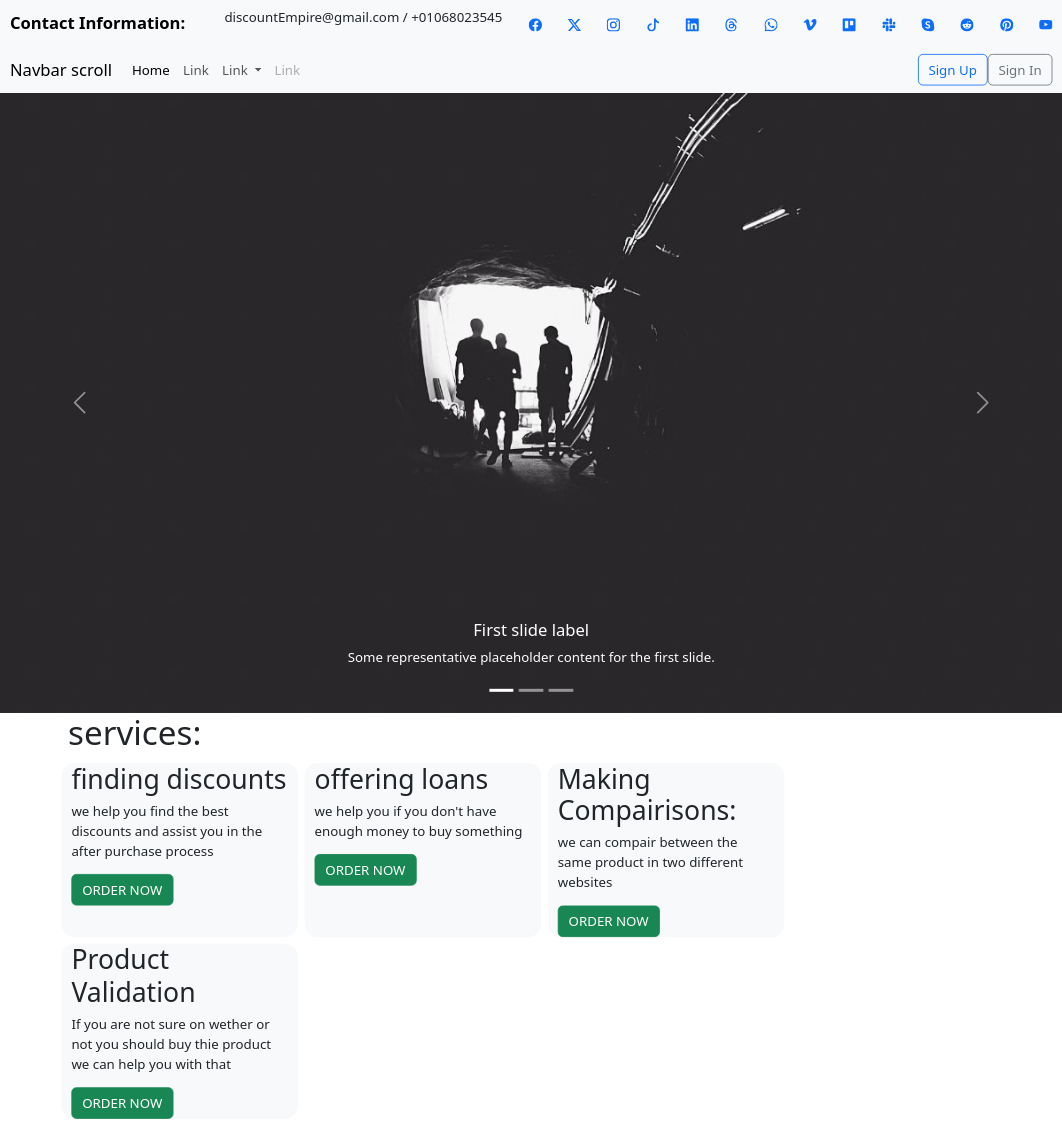
Repository: HaziimYassien/The-Discount-Empire
Page: index.html
These files come from the project's save history. The page is drawn as it stood at one moment and after the next save; the edit follows.
The browser window is 1280 px wide. The pictures show the whole page, at 83% of full size.

Above is the page before, as saved 2024-01-24 18:53:34.

### index.html
<!DOCTYPE html>
<html lang="en">
  <head>
    <meta charset="UTF-8" />
    <meta name="viewport" content="width=device-width, initial-scale=1.0" />
<link href="https://cdn.jsdelivr.net/npm/bootstrap@5.3.2/dist/css/bootstrap.min.css" rel="stylesheet" integrity="sha384-T3c6CoIi6uLrA9TneNEoa7RxnatzjcDSCmG1MXxSR1GAsXEV/Dwwykc2MPK8M2HN" crossorigin="anonymous">
<script src="https://cdn.jsdelivr.net/npm/bootstrap@5.3.2/dist/js/bootstrap.bundle.min.js" integrity="sha384-C6RzsynM9kWDrMNeT87bh95OGNyZPhcTNXj1NW7RuBCsyN/o0jlpcV8Qyq46cDfL" crossorigin="anonymous"></script>

    <title>Document</title>
  </head>
  <body>
    <!-- START _SocialMediaBar -->
<nav class="h-auto navbar sticky-top navbar-light bg-light">
  <div class="h-1 container-fluid">
    <strong class="mb-0 navbar-brand" href="#">Contact Information:  </strong>
    <p>discountEmpire@gmail.com / +01068023545</p>
    <a href="#">
 <svg xmlns="http://www.w3.org/2000/svg" width="16" height="16" fill="currentColor" class="bi bi-facebook" viewBox="0 0 16 16">
  <path d="M16 8.049c0-4.446-3.582-8.05-8-8.05C3.58 0-.002 3.603-.002 8.05c0 4.017 2.926 7.347 6.75 7.951v-5.625h-2.03V8.05H6.75V6.275c0-2.017 1.195-3.131 3.022-3.131.876 0 1.791.157 1.791.157v1.98h-1.009c-.993 0-1.303.621-1.303 1.258v1.51h2.218l-.354 2.326H9.25V16c3.824-.604 6.75-3.934 6.75-7.951"/>
</svg>
    </a>

    <a href="#">
<svg xmlns="http://www.w3.org/2000/svg" width="16" height="16" fill="currentColor" class="bi bi-twitter-x" viewBox="0 0 16 16">
  <path d="M12.6.75h2.454l-5.36 6.142L16 15.25h-4.937l-3.867-5.07-4.425 5.07H.316l5.733-6.57L0 .75h5.063l3.495 4.633L12.601.75Zm-.86 13.028h1.36L4.323 2.145H2.865z"/>
</svg>
</a>
<a href="#">
<svg xmlns="http://www.w3.org/2000/svg" width="16" height="16" fill="currentColor" class="bi bi-instagram" viewBox="0 0 16 16">
  <path d="M8 0C5.829 0 5.556.01 4.703.048 3.85.088 3.269.222 2.76.42a3.9 3.9 0 0 0-1.417.923A3.9 3.9 0 0 0 .42 2.76C.222 3.268.087 3.85.048 4.7.01 5.555 0 5.827 0 8.001c0 2.172.01 2.444.048 3.297.04.852.174 1.433.372 1.942.205.526.478.972.923 1.417.444.445.89.719 1.416.923.51.198 1.09.333 1.942.372C5.555 15.99 5.827 16 8 16s2.444-.01 3.298-.048c.851-.04 1.434-.174 1.943-.372a3.9 3.9 0 0 0 1.416-.923c.445-.445.718-.891.923-1.417.197-.509.332-1.09.372-1.942C15.99 10.445 16 10.173 16 8s-.01-2.445-.048-3.299c-.04-.851-.175-1.433-.372-1.941a3.9 3.9 0 0 0-.923-1.417A3.9 3.9 0 0 0 13.24.42c-.51-.198-1.092-.333-1.943-.372C10.443.01 10.172 0 7.998 0zm-.717 1.442h.718c2.136 0 2.389.007 3.232.046.78.035 1.204.166 1.486.275.373.145.64.319.92.599s.453.546.598.92c.11.281.24.705.275 1.485.039.843.047 1.096.047 3.231s-.008 2.389-.047 3.232c-.035.78-.166 1.203-.275 1.485a2.5 2.5 0 0 1-.599.919c-.28.28-.546.453-.92.598-.28.11-.704.24-1.485.276-.843.038-1.096.047-3.232.047s-2.39-.009-3.233-.047c-.78-.036-1.203-.166-1.485-.276a2.5 2.5 0 0 1-.92-.598 2.5 2.5 0 0 1-.6-.92c-.109-.281-.24-.705-.275-1.485-.038-.843-.046-1.096-.046-3.233s.008-2.388.046-3.231c.036-.78.166-1.204.276-1.486.145-.373.319-.64.599-.92s.546-.453.92-.598c.282-.11.705-.24 1.485-.276.738-.034 1.024-.044 2.515-.045zm4.988 1.328a.96.96 0 1 0 0 1.92.96.96 0 0 0 0-1.92m-4.27 1.122a4.109 4.109 0 1 0 0 8.217 4.109 4.109 0 0 0 0-8.217m0 1.441a2.667 2.667 0 1 1 0 5.334 2.667 2.667 0 0 1 0-5.334"/>
</svg>
</a>
<a href="#">
<svg xmlns="http://www.w3.org/2000/svg" width="16" height="16" fill="currentColor" class="bi bi-tiktok" viewBox="0 0 16 16">
  <path d="M9 0h1.98c.144.715.54 1.617 1.235 2.512C12.895 3.389 13.797 4 15 4v2c-1.753 0-3.07-.814-4-1.829V11a5 5 0 1 1-5-5v2a3 3 0 1 0 3 3z"/>
</svg>
</a>
<a href="#">
<svg xmlns="http://www.w3.org/2000/svg" width="16" height="16" fill="currentColor" class="bi bi-linkedin" viewBox="0 0 16 16">
  <path d="M0 1.146C0 .513.526 0 1.175 0h13.65C15.474 0 16 .513 16 1.146v13.708c0 .633-.526 1.146-1.175 1.146H1.175C.526 16 0 15.487 0 14.854zm4.943 12.248V6.169H2.542v7.225zm-1.2-8.212c.837 0 1.358-.554 1.358-1.248-.015-.709-.52-1.248-1.342-1.248S2.4 3.226 2.4 3.934c0 .694.521 1.248 1.327 1.248zm4.908 8.212V9.359c0-.216.016-.432.08-.586.173-.431.568-.878 1.232-.878.869 0 1.216.662 1.216 1.634v3.865h2.401V9.25c0-2.22-1.184-3.252-2.764-3.252-1.274 0-1.845.7-2.165 1.193v.025h-.016l.016-.025V6.169h-2.4c.03.678 0 7.225 0 7.225z"/>
</svg>
</a>
<a href="#">
<svg xmlns="http://www.w3.org/2000/svg" width="16" height="16" fill="currentColor" class="bi bi-threads" viewBox="0 0 16 16">
  <path d="M6.321 6.016c-.27-.18-1.166-.802-1.166-.802.756-1.081 1.753-1.502 3.132-1.502.975 0 1.803.327 2.394.948s.928 1.509 1.005 2.644q.492.207.905.484c1.109.745 1.719 1.86 1.719 3.137 0 2.716-2.226 5.075-6.256 5.075C4.594 16 1 13.987 1 7.994 1 2.034 4.482 0 8.044 0 9.69 0 13.55.243 15 5.036l-1.36.353C12.516 1.974 10.163 1.43 8.006 1.43c-3.565 0-5.582 2.171-5.582 6.79 0 4.143 2.254 6.343 5.63 6.343 2.777 0 4.847-1.443 4.847-3.556 0-1.438-1.208-2.127-1.27-2.127-.236 1.234-.868 3.31-3.644 3.31-1.618 0-3.013-1.118-3.013-2.582 0-2.09 1.984-2.847 3.55-2.847.586 0 1.294.04 1.663.114 0-.637-.54-1.728-1.9-1.728-1.25 0-1.566.405-1.967.868ZM8.716 8.19c-2.04 0-2.304.87-2.304 1.416 0 .878 1.043 1.168 1.6 1.168 1.02 0 2.067-.282 2.232-2.423a6.2 6.2 0 0 0-1.528-.161"/>
</svg>
</a>
<a href="#">
<svg xmlns="http://www.w3.org/2000/svg" width="16" height="16" fill="currentColor" class="bi bi-whatsapp" viewBox="0 0 16 16">
  <path d="M13.601 2.326A7.85 7.85 0 0 0 7.994 0C3.627 0 .068 3.558.064 7.926c0 1.399.366 2.76 1.057 3.965L0 16l4.204-1.102a7.9 7.9 0 0 0 3.79.965h.004c4.368 0 7.926-3.558 7.93-7.93A7.9 7.9 0 0 0 13.6 2.326zM7.994 14.521a6.6 6.6 0 0 1-3.356-.92l-.24-.144-2.494.654.666-2.433-.156-.251a6.56 6.56 0 0 1-1.007-3.505c0-3.626 2.957-6.584 6.591-6.584a6.56 6.56 0 0 1 4.66 1.931 6.56 6.56 0 0 1 1.928 4.66c-.004 3.639-2.961 6.592-6.592 6.592m3.615-4.934c-.197-.099-1.17-.578-1.353-.646-.182-.065-.315-.099-.445.099-.133.197-.513.646-.627.775-.114.133-.232.148-.43.05-.197-.1-.836-.308-1.592-.985-.59-.525-.985-1.175-1.103-1.372-.114-.198-.011-.304.088-.403.087-.088.197-.232.296-.346.1-.114.133-.198.198-.33.065-.134.034-.248-.015-.347-.05-.099-.445-1.076-.612-1.47-.16-.389-.323-.335-.445-.34-.114-.007-.247-.007-.38-.007a.73.73 0 0 0-.529.247c-.182.198-.691.677-.691 1.654s.71 1.916.81 2.049c.098.133 1.394 2.132 3.383 2.992.47.205.84.326 1.129.418.475.152.904.129 1.246.08.38-.058 1.171-.48 1.338-.943.164-.464.164-.86.114-.943-.049-.084-.182-.133-.38-.232"/>
</svg>
</a>
<a href="#">
<svg xmlns="http://www.w3.org/2000/svg" width="16" height="16" fill="currentColor" class="bi bi-vimeo" viewBox="0 0 16 16">
  <path d="M15.992 4.204q-.106 2.334-3.262 6.393-3.263 4.243-5.522 4.243-1.4 0-2.367-2.583L3.55 7.523Q2.83 4.939 2.007 4.94q-.178.001-1.254.754L0 4.724a210 210 0 0 0 2.334-2.081q1.581-1.364 2.373-1.437 1.865-.185 2.298 2.553.466 2.952.646 3.666.54 2.447 1.186 2.445.5 0 1.508-1.587 1.006-1.587 1.077-2.415.144-1.37-1.077-1.37a3 3 0 0 0-1.185.261q1.183-3.86 4.508-3.756 2.466.075 2.324 3.2z"/>
</svg>
</a>
<a href="#">
<svg xmlns="http://www.w3.org/2000/svg" width="16" height="16" fill="currentColor" class="bi bi-trello" viewBox="0 0 16 16">
  <path d="M14.1 0H1.903C.852 0 .002.85 0 1.9v12.19A1.9 1.9 0 0 0 1.902 16h12.199A1.9 1.9 0 0 0 16 14.09V1.9A1.9 1.9 0 0 0 14.1 0M7 11.367a.636.636 0 0 1-.64.633H3.593a.633.633 0 0 1-.63-.633V3.583c0-.348.281-.631.63-.633h2.765c.35.002.632.284.633.633zm6.052-3.5a.633.633 0 0 1-.64.633h-2.78A.636.636 0 0 1 9 7.867V3.583a.636.636 0 0 1 .633-.633h2.778c.35.002.631.285.631.633z"/>
</svg>
</a>
<a href="#">
<svg xmlns="http://www.w3.org/2000/svg" width="16" height="16" fill="currentColor" class="bi bi-slack" viewBox="0 0 16 16">
  <path d="M3.362 10.11c0 .926-.756 1.681-1.681 1.681S0 11.036 0 10.111.756 8.43 1.68 8.43h1.682zm.846 0c0-.924.756-1.68 1.681-1.68s1.681.756 1.681 1.68v4.21c0 .924-.756 1.68-1.68 1.68a1.685 1.685 0 0 1-1.682-1.68zM5.89 3.362c-.926 0-1.682-.756-1.682-1.681S4.964 0 5.89 0s1.68.756 1.68 1.68v1.682zm0 .846c.924 0 1.68.756 1.68 1.681S6.814 7.57 5.89 7.57H1.68C.757 7.57 0 6.814 0 5.89c0-.926.756-1.682 1.68-1.682zm6.749 1.682c0-.926.755-1.682 1.68-1.682S16 4.964 16 5.889s-.756 1.681-1.68 1.681h-1.681zm-.848 0c0 .924-.755 1.68-1.68 1.68A1.685 1.685 0 0 1 8.43 5.89V1.68C8.43.757 9.186 0 10.11 0c.926 0 1.681.756 1.681 1.68zm-1.681 6.748c.926 0 1.682.756 1.682 1.681S11.036 16 10.11 16s-1.681-.756-1.681-1.68v-1.682h1.68zm0-.847c-.924 0-1.68-.755-1.68-1.68s.756-1.681 1.68-1.681h4.21c.924 0 1.68.756 1.68 1.68 0 .926-.756 1.681-1.68 1.681z"/>
</svg>
</a>
<a href="#">
<svg xmlns="http://www.w3.org/2000/svg" width="16" height="16" fill="currentColor" class="bi bi-skype" viewBox="0 0 16 16">
  <path d="M4.671 0c.88 0 1.733.247 2.468.702a7.42 7.42 0 0 1 6.02 2.118 7.37 7.37 0 0 1 2.167 5.215q0 .517-.072 1.026a4.66 4.66 0 0 1 .6 2.281 4.64 4.64 0 0 1-1.37 3.294A4.67 4.67 0 0 1 11.18 16c-.84 0-1.658-.226-2.37-.644a7.42 7.42 0 0 1-6.114-2.107A7.37 7.37 0 0 1 .529 8.035q0-.545.08-1.081a4.644 4.644 0 0 1 .76-5.59A4.68 4.68 0 0 1 4.67 0zm.447 7.01c.18.309.43.572.729.769a7 7 0 0 0 1.257.653q.737.308 1.145.523c.229.112.437.264.615.448.135.142.21.331.21.528a.87.87 0 0 1-.335.723c-.291.196-.64.289-.99.264a2.6 2.6 0 0 1-1.048-.206 11 11 0 0 1-.532-.253 1.3 1.3 0 0 0-.587-.15.72.72 0 0 0-.501.176.63.63 0 0 0-.195.491.8.8 0 0 0 .148.482 1.2 1.2 0 0 0 .456.354 5.1 5.1 0 0 0 2.212.419 4.6 4.6 0 0 0 1.624-.265 2.3 2.3 0 0 0 1.08-.801c.267-.39.402-.855.386-1.327a2.1 2.1 0 0 0-.279-1.101 2.5 2.5 0 0 0-.772-.792A7 7 0 0 0 8.486 7.3a1 1 0 0 0-.145-.058 18 18 0 0 1-1.013-.447 1.8 1.8 0 0 1-.54-.387.73.73 0 0 1-.2-.508.8.8 0 0 1 .385-.723 1.76 1.76 0 0 1 .968-.247c.26-.003.52.03.772.096q.412.119.802.293c.105.049.22.075.336.076a.6.6 0 0 0 .453-.19.7.7 0 0 0 .18-.496.72.72 0 0 0-.17-.476 1.4 1.4 0 0 0-.556-.354 3.7 3.7 0 0 0-.708-.183 6 6 0 0 0-1.022-.078 4.5 4.5 0 0 0-1.536.258 2.7 2.7 0 0 0-1.174.784 1.9 1.9 0 0 0-.45 1.287c-.01.37.076.736.25 1.063"/>
</svg>
</a>
<a href="#">
<svg xmlns="http://www.w3.org/2000/svg" width="16" height="16" fill="currentColor" class="bi bi-reddit" viewBox="0 0 16 16">
  <path d="M6.167 8a.83.83 0 0 0-.83.83c0 .459.372.84.83.831a.831.831 0 0 0 0-1.661m1.843 3.647c.315 0 1.403-.038 1.976-.611a.23.23 0 0 0 0-.306.213.213 0 0 0-.306 0c-.353.363-1.126.487-1.67.487-.545 0-1.308-.124-1.671-.487a.213.213 0 0 0-.306 0 .213.213 0 0 0 0 .306c.564.563 1.652.61 1.977.61zm.992-2.807c0 .458.373.83.831.83s.83-.381.83-.83a.831.831 0 0 0-1.66 0z"/>
  <path d="M16 8A8 8 0 1 1 0 8a8 8 0 0 1 16 0m-3.828-1.165c-.315 0-.602.124-.812.325-.801-.573-1.9-.945-3.121-.993l.534-2.501 1.738.372a.83.83 0 1 0 .83-.869.83.83 0 0 0-.744.468l-1.938-.41a.2.2 0 0 0-.153.028.2.2 0 0 0-.086.134l-.592 2.788c-1.24.038-2.358.41-3.17.992-.21-.2-.496-.324-.81-.324a1.163 1.163 0 0 0-.478 2.224q-.03.17-.029.353c0 1.795 2.091 3.256 4.669 3.256s4.668-1.451 4.668-3.256c0-.114-.01-.238-.029-.353.401-.181.688-.592.688-1.069 0-.65-.525-1.165-1.165-1.165"/>
</svg>
</a>
<a href="#">
<svg xmlns="http://www.w3.org/2000/svg" width="16" height="16" fill="currentColor" class="bi bi-pinterest" viewBox="0 0 16 16">
  <path d="M8 0a8 8 0 0 0-2.915 15.452c-.07-.633-.134-1.606.027-2.297.146-.625.938-3.977.938-3.977s-.239-.479-.239-1.187c0-1.113.645-1.943 1.448-1.943.682 0 1.012.512 1.012 1.127 0 .686-.437 1.712-.663 2.663-.188.796.4 1.446 1.185 1.446 1.422 0 2.515-1.5 2.515-3.664 0-1.915-1.377-3.254-3.342-3.254-2.276 0-3.612 1.707-3.612 3.471 0 .688.265 1.425.595 1.826a.24.24 0 0 1 .056.23c-.061.252-.196.796-.222.907-.035.146-.116.177-.268.107-1-.465-1.624-1.926-1.624-3.1 0-2.523 1.834-4.84 5.286-4.84 2.775 0 4.932 1.977 4.932 4.62 0 2.757-1.739 4.976-4.151 4.976-.811 0-1.573-.421-1.834-.919l-.498 1.902c-.181.695-.669 1.566-.995 2.097A8 8 0 1 0 8 0"/>
</svg>
</a>
<a href="#">
<svg xmlns="http://www.w3.org/2000/svg" width="16" height="16" fill="currentColor" class="bi bi-youtube" viewBox="0 0 16 16">
  <path d="M8.051 1.999h.089c.822.003 4.987.033 6.11.335a2.01 2.01 0 0 1 1.415 1.42c.101.38.172.883.22 1.402l.01.104.022.26.008.104c.065.914.073 1.77.074 1.957v.075c-.001.194-.01 1.108-.082 2.06l-.008.105-.009.104c-.05.572-.124 1.14-.235 1.558a2.01 2.01 0 0 1-1.415 1.42c-1.16.312-5.569.334-6.18.335h-.142c-.309 0-1.587-.006-2.927-.052l-.17-.006-.087-.004-.171-.007-.171-.007c-1.11-.049-2.167-.128-2.654-.26a2.01 2.01 0 0 1-1.415-1.419c-.111-.417-.185-.986-.235-1.558L.09 9.82l-.008-.104A31 31 0 0 1 0 7.68v-.123c.002-.215.01-.958.064-1.778l.007-.103.003-.052.008-.104.022-.26.01-.104c.048-.519.119-1.023.22-1.402a2.01 2.01 0 0 1 1.415-1.42c.487-.13 1.544-.21 2.654-.26l.17-.007.172-.006.086-.003.171-.007A100 100 0 0 1 7.858 2zM6.4 5.209v4.818l4.157-2.408z"/>
</svg>
</a>
  </div>
</nav>
    <!-- END _SocialMediaBar -->
    <!-- START _NavBar -->
    <nav class="navbar navbar-expand-lg navbar-light bg-light sticky-top">
      <div class="container-fluid">
        <a class="navbar-brand" href="#">Navbar scroll</a>
        <button
          class="navbar-toggler"
          type="button"
          data-bs-toggle="collapse"
          data-bs-target="#navbarScroll"
          aria-controls="navbarScroll"
          aria-expanded="false"
          aria-label="Toggle navigation"
        >
          <span class="navbar-toggler-icon"></span>
        </button>
        <div class="collapse navbar-collapse" id="navbarScroll">
          <ul
            class="navbar-nav me-auto my-2 my-lg-0 navbar-nav-scroll"
            style="--bs-scroll-height: 100px"
          >
            <li class="nav-item">
              <a class="nav-link active" aria-current="page" href="#">Home</a>
            </li>
            <li class="nav-item">
              <a class="nav-link" href="#">Link</a>
            </li>
            <li class="nav-item dropdown">
              <a
                class="nav-link dropdown-toggle"
                href="#"
                id="navbarScrollingDropdown"
                role="button"
                data-bs-toggle="dropdown"
                aria-expanded="false"
              >
                Link
              </a>
              <ul
                class="dropdown-menu"
                aria-labelledby="navbarScrollingDropdown"
              >
                <li><a class="dropdown-item" href="#">Action</a></li>
                <li><a class="dropdown-item" href="#">Another action</a></li>
                <li><hr class="dropdown-divider" /></li>
                <li>
                  <a class="dropdown-item" href="#">Something else here</a>
                </li>
              </ul>
            </li>
            <li class="nav-item">
              <a
                class="nav-link disabled"
                href="#"
                tabindex="-1"
                aria-disabled="true"
                >Link</a
              >
            </li>
          </ul>

            <button class="btn btn-outline-primary" type="#">
              Sign Up
            </button>
              <button class="btn btn-outline-secondary" type="#">
              Sign In
            </button>
          </form>
        </div>
      </div>
    </nav>
    <!-- END _NavBar -->


    <!-- START _Gallery -->

<div id="carouselExampleDark" class="carousel carousel-light slide" data-bs-ride="carousel">
  <div class="carousel-indicators">
    <button type="button" data-bs-target="#carouselExampleDark" data-bs-slide-to="0" class="active" aria-current="true" aria-label="Slide 1"></button>
    <button type="button" data-bs-target="#carouselExampleDark" data-bs-slide-to="1" aria-label="Slide 2"></button>
    <button type="button" data-bs-target="#carouselExampleDark" data-bs-slide-to="2" aria-label="Slide 3"></button>
  </div>
  <div class="carousel-inner">
    <div class="carousel-item active" data-bs-interval="10000">
      <img src="/img/la.jpg" class="d-block w-100" alt="...">
      <div class="carousel-caption d-none d-md-block">
        <h5>First slide label</h5>
        <p>Some representative placeholder content for the first slide.</p>
      </div>
    </div>
    <div class="carousel-item" data-bs-interval="2000">
      <img src="/img/la.jpg" class="d-block w-100" alt="...">
      <div class="carousel-caption d-none d-md-block">
        <h5>Second slide label</h5>
        <p>Some representative placeholder content for the second slide.</p>
      </div>
    </div>
    <div class="carousel-item">
      <img src="/img/la.jpg" class="d-block w-100" alt="...">
      <div class="carousel-caption d-none d-md-block">
        <h5>Third slide label</h5>
        <p>Some representative placeholder content for the third slide.</p>
      </div>
    </div>
  </div>
  <button class="carousel-control-prev" type="button" data-bs-target="#carouselExampleDark" data-bs-slide="prev">
    <span class="carousel-control-prev-icon" aria-hidden="true"></span>
    <span class="visually-hidden">Previous</span>
  </button>
  <button class="carousel-control-next" type="button" data-bs-target="#carouselExampleDark" data-bs-slide="next">
    <span class="carousel-control-next-icon" aria-hidden="true"></span>
    <span class="visually-hidden">Next</span>
  </button>
</div>
    <!-- END _Gallery -->



    <!-- START _Services -->
<section class="container">
  <h1>services: </h1>

  <div class="row m">
  <div class="col-sm-3 bg-light rounded-4 m-1">
    <h2>finding discounts</h2>
    <p>we help you find the best discounts and assist you in the after purchase process</p>
    <button type="button" class="btn btn-success">ORDER NOW</button>
  </div>
  <div class="col-sm-3 bg-light rounded-4 m-1">
    <h2>offering loans</h2>
    <p>we help you if you don't have enough money to buy something</p>
    <button type="button" class="btn btn-success">ORDER NOW</button>
  </div>
  <div class="col-sm-3 bg-light rounded-4 m-1">
    <h2>Making Compairisons: </h2>
    <p>we can compair between the same product in two different websites </p>
    <button type="button" class="btn btn-success">ORDER NOW</button>
  </div>
  <div class="col-sm-3 bg-light rounded-4 m-1">
    <h2>Product Validation</h2>
    <p>If you are not sure on wether or not you should buy thie product we can help you with that </p>
    <button type="button" class="btn btn-success">ORDER NOW</button>
  </div>

</section>
    <!-- END _Services -->
  </body>
</html>

After the next save:
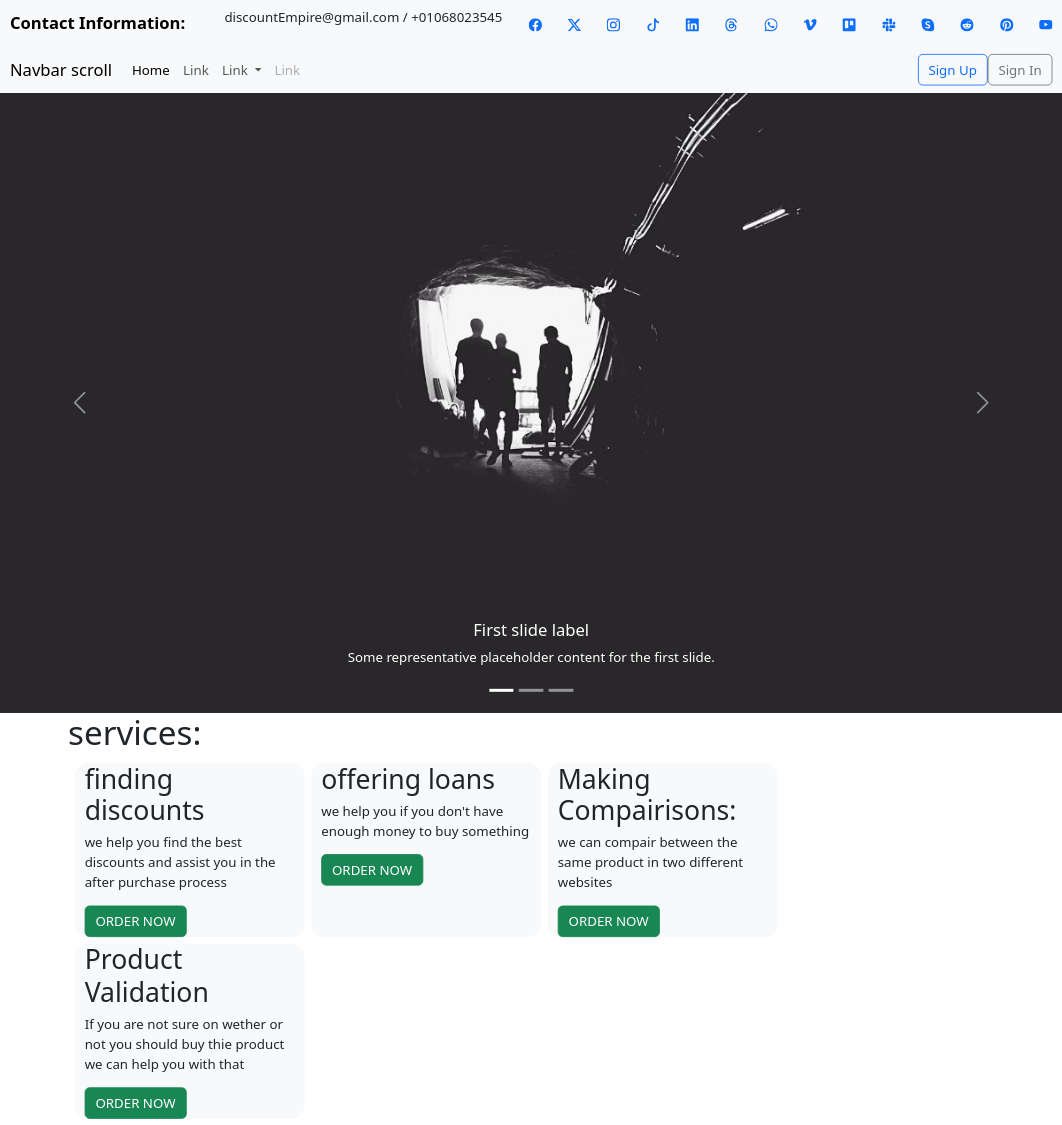
Saved 5 s later.
--- a/index.html
+++ b/index.html
@@ -210,7 +210,7 @@
 <section class="container">
   <h1>services: </h1>
 
-  <div class="row m">
+  <div class="row m-1">
   <div class="col-sm-3 bg-light rounded-4 m-1">
     <h2>finding discounts</h2>
     <p>we help you find the best discounts and assist you in the after purchase process</p>
